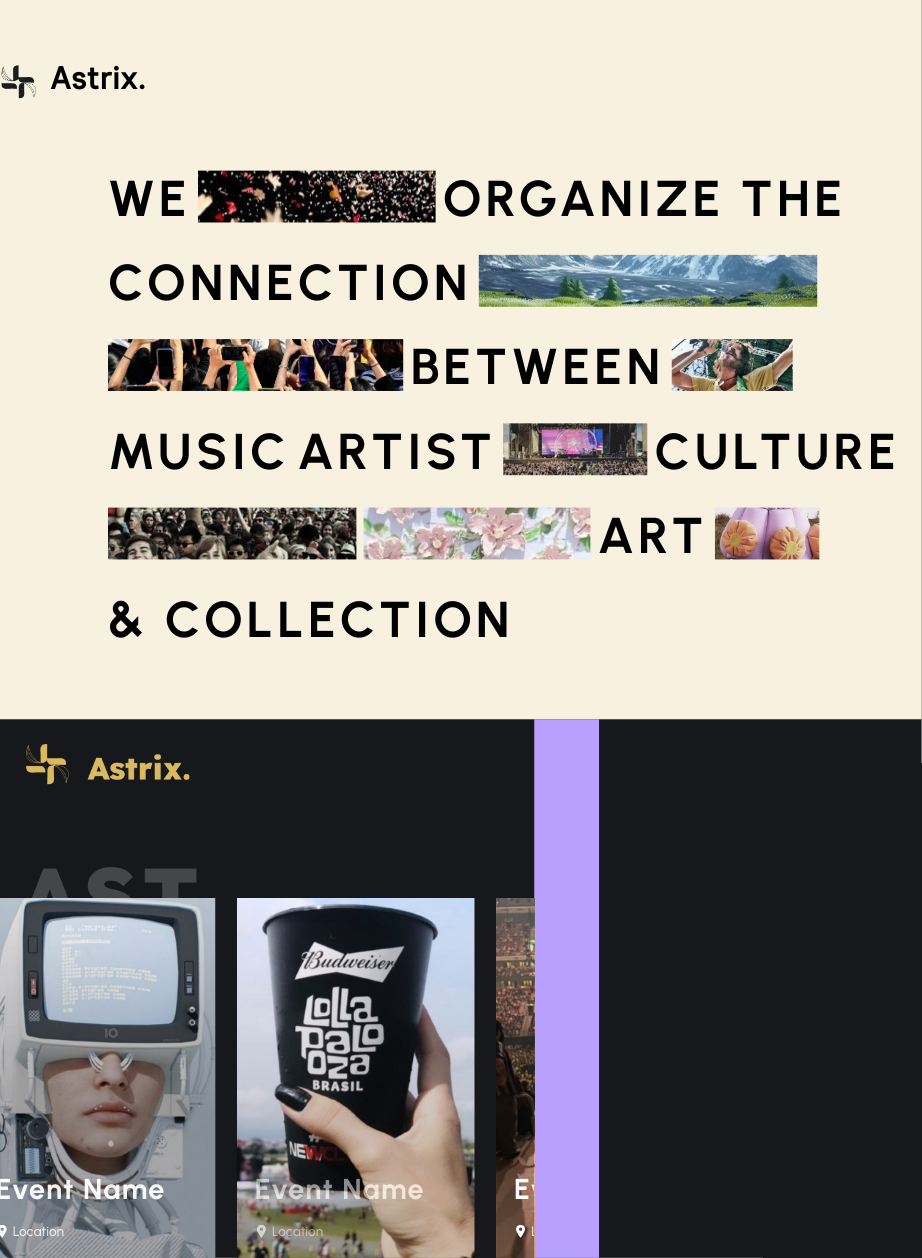
Repository: sharma171/astrix
Page: /
An editor plug-in stored every save of this project. The page is shown before and after the next save, followed by the edit.
The browser window is 1280 px wide. The pictures show the whole page, at 72% of full size.
The project was rebuilt for these pictures with package versions that can differ from the ones it lists, and the page was loaded fresh each time.

Above is the page before, as saved 2024-05-20 16:10:43.

After the next save:
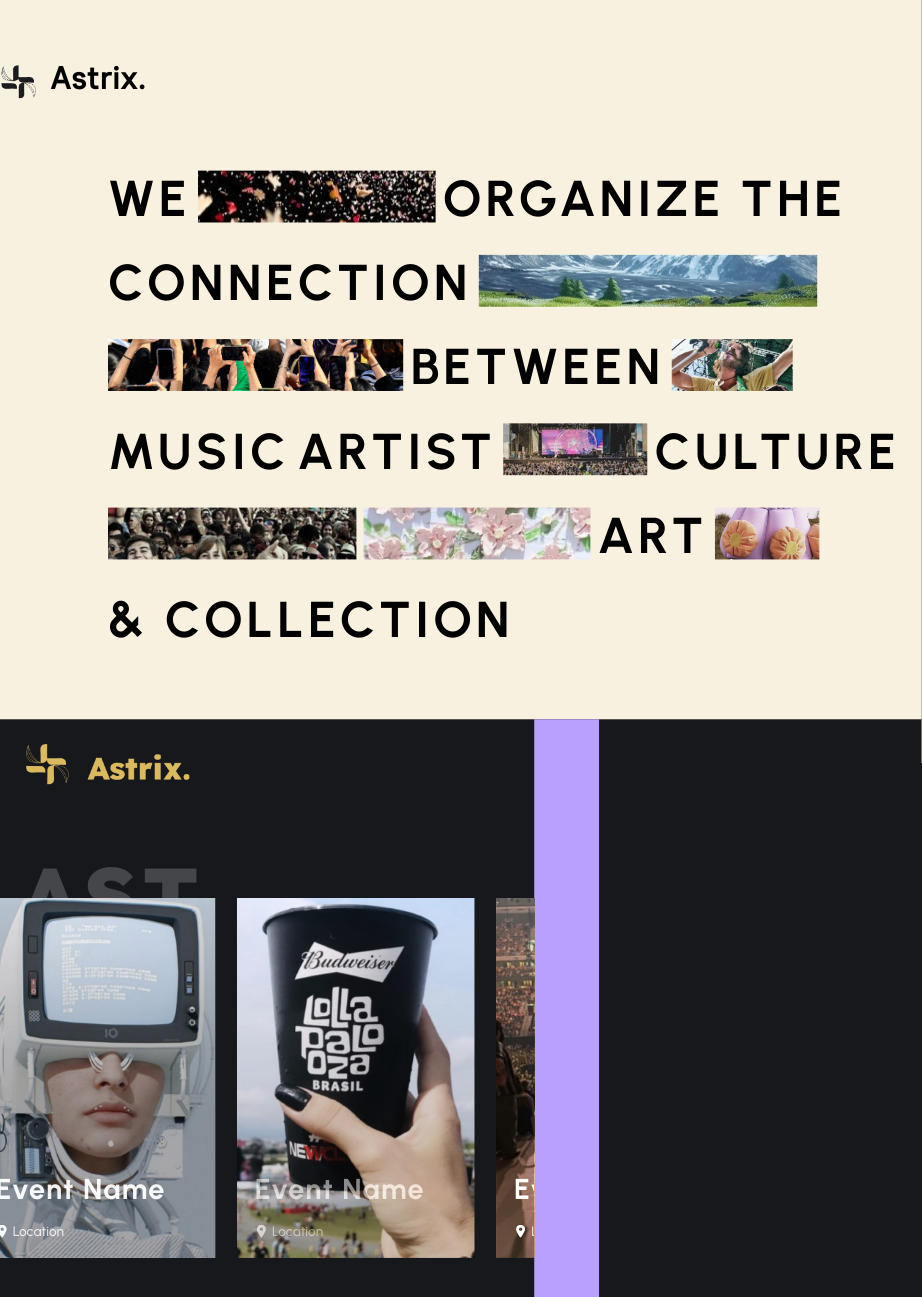
Saved 6 s later.
--- a/src/component/home.css
+++ b/src/component/home.css
@@ -287,7 +287,7 @@
     color: #ffffffd6;
 }
 
-.homesection .car-col .sectiontabs{
+.homesection .car-col .section-tabs{
     margin: 55px 30px;
     background: #2b2c30;
 }
